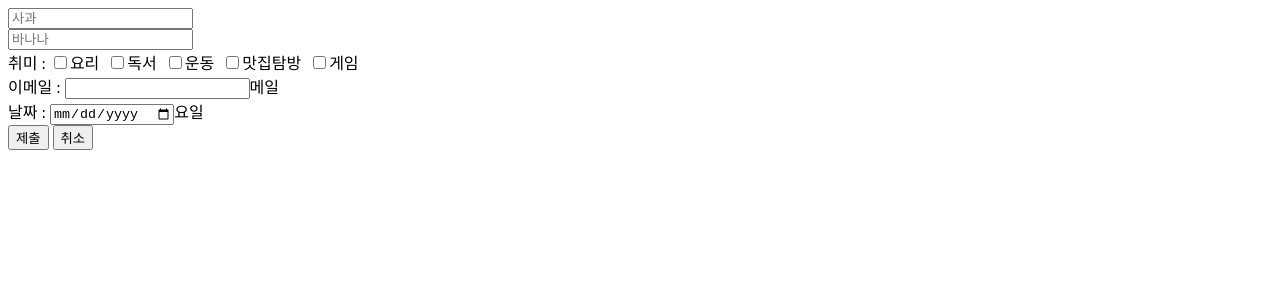
Repository: JongMin22/jsp.practice
Page: http://localhost/JSPBasic/JspObject/1.requests/req_param_sand.jsp
An editor plug-in stored every save of this project. The page is shown before and after the next save, followed by the edit.
The browser window is 1280 px wide. The pictures show the whole page.
The page is served by Tomcat 9.

Above is the page before, as saved 2022-02-03 06:11:14.

After the next save:
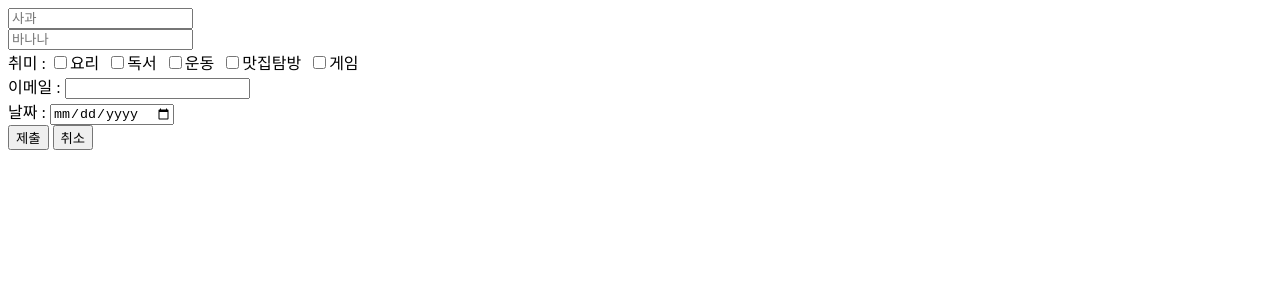
Saved 21 s later.
--- a/JSPBasic/src/main/webapp/JspObject/1.requests/req_param_sand.jsp
+++ b/JSPBasic/src/main/webapp/JspObject/1.requests/req_param_sand.jsp
@@ -26,9 +26,9 @@
 <input type="checkbox" name="hobby">맛집탐방&nbsp;
 <input type="checkbox" name="hobby">게임&nbsp;</br>
 이메일 :
-<input type="email" name="email">메일&nbsp; </br>
+<input type="email" name="email"></br>
 날짜	 :
-<input type="date" name="date">요일&nbsp; </br>
+<input type="date" name="date"></br>
 <input type=submit value="제출"/>
 <input type=reset value="취소"/>
 
